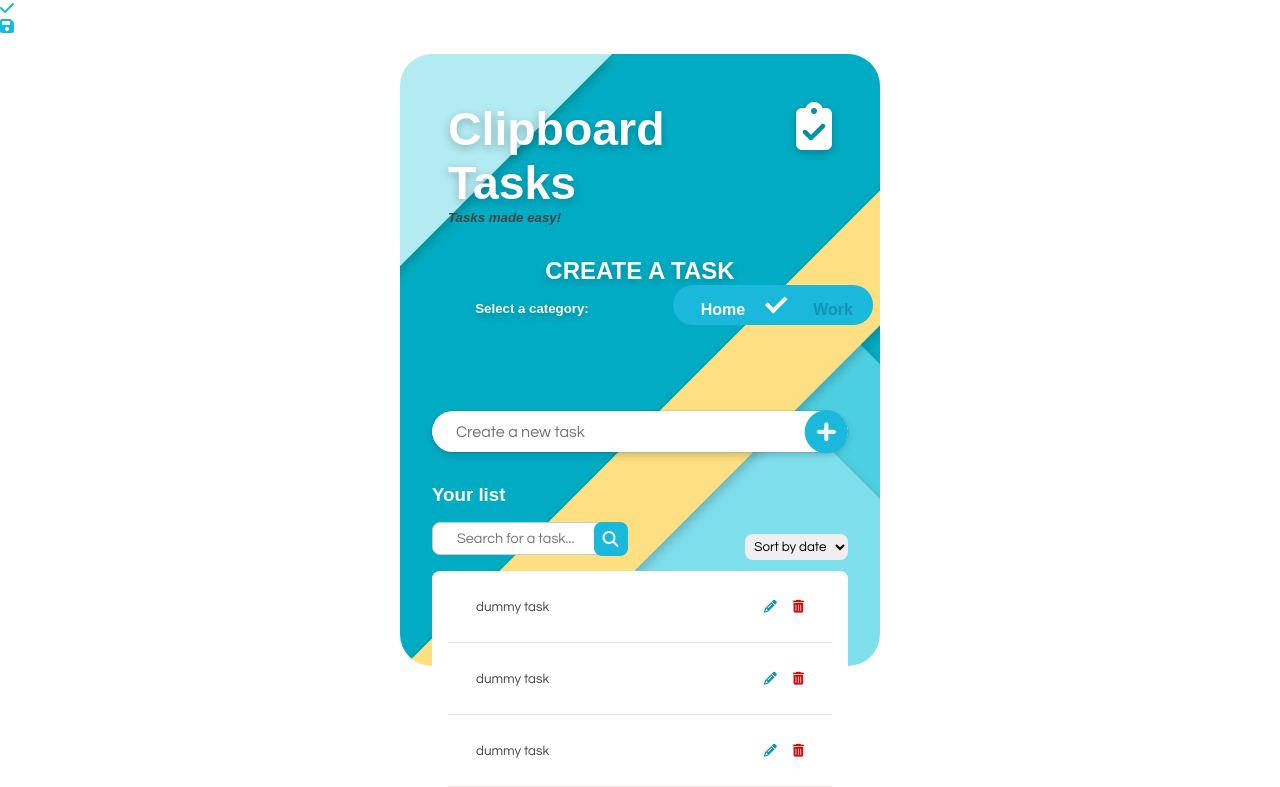
Repository: WesleyErasmus/Todo-App
Page: todoApp.html
These files come from the project's save history. The page is drawn as it stood at one moment and after the next save; the edit follows.
The browser window is 1280 px wide. The pictures show the whole page.
Some web fonts or font styles are not loaded; a fallback is used. Some web libraries are served in a nearby version.

Above is the page before, as saved 2022-06-12 17:20:01.

After the next save:
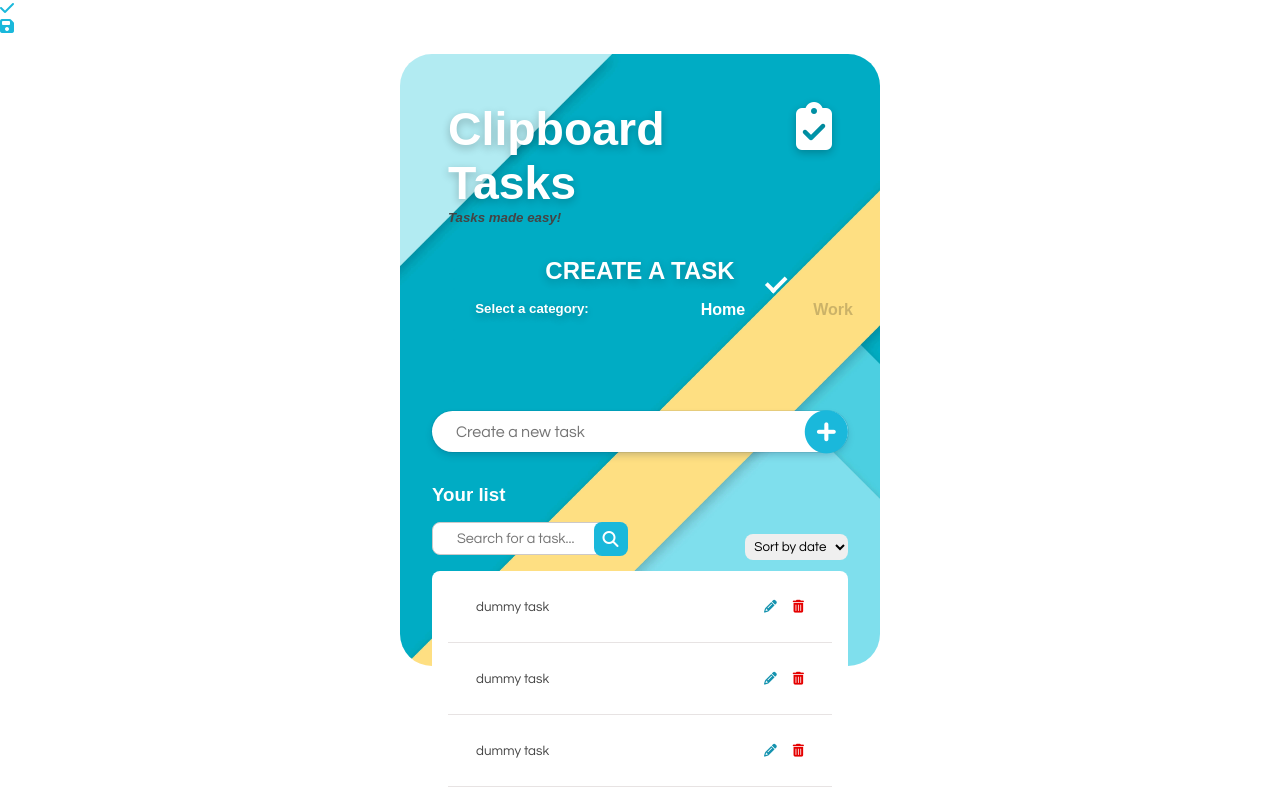
Saved 4 s later.
--- a/source/css/todoApp.css
+++ b/source/css/todoApp.css
@@ -351,7 +351,7 @@ option {
     top: 50%;
     left: 50%;
     width: 200px;
-    height: 40px;
+    height: 0px;
     text-align: center;
     margin: -30px 0 0 -75px;
     background: var(--primary);
